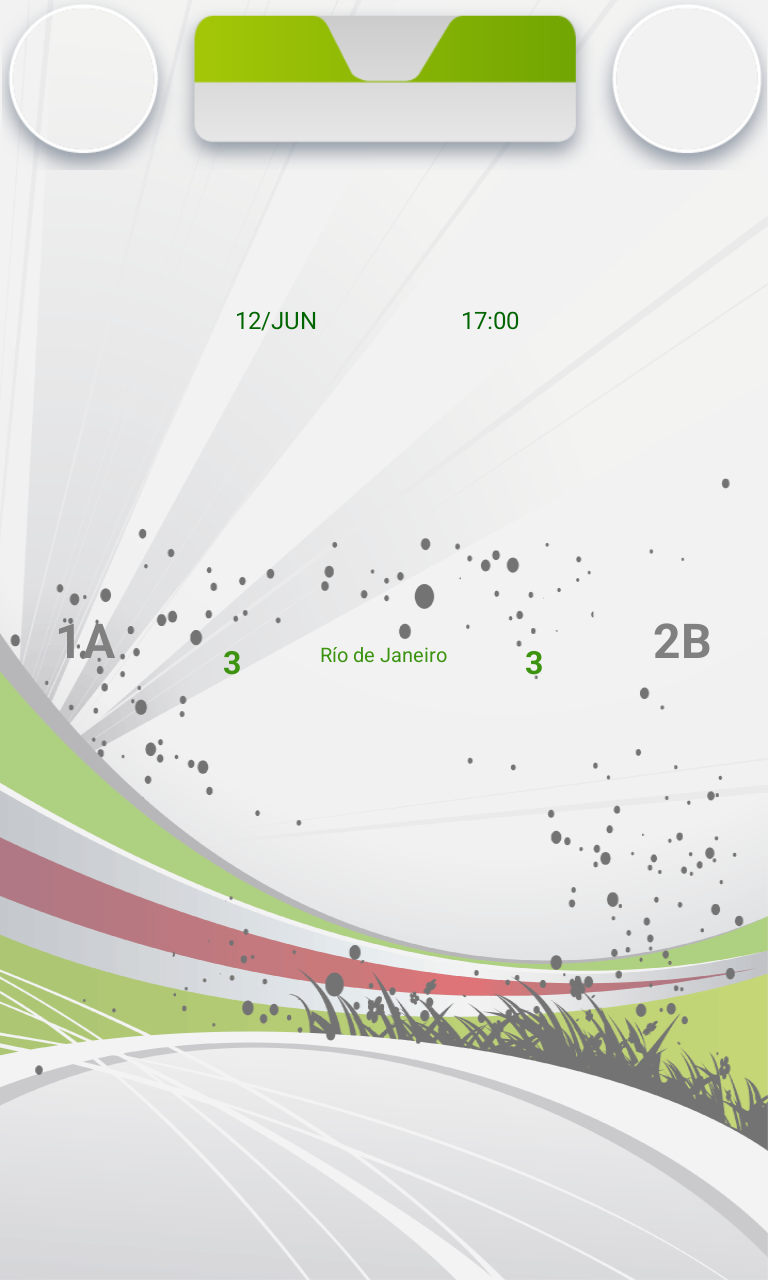
Repository: jtails/NotifMundial
Layout: Android/CODIGO_APILEVEL14/workspace/Golmania/res/layout/template_calendario_sinbanderas.xml
These files come from the project's save history. The layout is drawn as it stood at one moment and after the next save; the edit follows.
It is drawn on a 768 x 1280 px phone screen (xhdpi) without system bars, with theme AppTheme; the app's code is not run.

Above is the layout before, as saved 2014-04-23 02:47:58.

### Android/CODIGO_APILEVEL14/workspace/Golmania/res/layout/template_calendario_sinbanderas.xml
<RelativeLayout xmlns:android="http://schemas.android.com/apk/res/android"
    android:layout_width="wrap_content"
    android:layout_height="0dp"
    android:layout_gravity="center"
    android:layout_weight="2" >

    <ImageView
        android:id="@+id/calrowsbimg"
        android:layout_width="wrap_content"
        android:layout_height="wrap_content"
        android:adjustViewBounds="true"
        android:src="@drawable/cal_row" />

    <LinearLayout
        android:layout_width="wrap_content"
        android:layout_height="match_parent"
        android:layout_alignRight="@+id/calrowsbimg" >

        <TextView
            android:id="@+id/calendario_img_equipo_local"
            style="@style/LabelEliminatorias"
            android:layout_width="0dp"
            android:layout_height="match_parent"
            android:layout_weight="1"
            android:gravity="center"
            android:text="1A" />

        <RelativeLayout
            android:layout_width="0dp"
            android:layout_height="match_parent"
            android:layout_weight="2.5" >

            <LinearLayout
                android:layout_width="match_parent"
                android:layout_height="match_parent"
                android:layout_alignParentTop="true"
                android:layout_centerHorizontal="true"
                android:orientation="vertical" >

                <LinearLayout
                    android:layout_width="match_parent"
                    android:layout_height="0dp"
                    android:layout_weight="1" >

                    <TextView
                        android:id="@+id/calendario_fecha"
                        android:layout_width="0dp"
                        android:layout_height="match_parent"
                        android:layout_weight="1"
                        android:gravity="center"
                        android:text="12/JUN"
                        android:textColor="#006400"
                        android:textSize="12sp" />

                    <TextView
                        android:id="@+id/calendario_horario"
                        android:layout_width="0dp"
                        android:layout_height="match_parent"
                        android:layout_weight="1"
                        android:gravity="center"
                        android:text="17:00"
                        android:textColor="#006400"
                        android:textSize="12sp" />
                </LinearLayout>

                <LinearLayout
                    android:layout_width="match_parent"
                    android:layout_height="0dp"
                    android:layout_weight="1" >

                    <TextView
                        android:id="@+id/calendario_golesLocal"
                        android:layout_width="0dp"
                        android:layout_height="match_parent"
                        android:layout_weight="1"
                        android:gravity="right"
                        android:text="3"
                        android:textColor="#3C9310"
                        android:textSize="16sp"
                        android:textStyle="bold" />

                    <TextView
                        android:id="@+id/calendario_lugarPartido"
                        android:layout_width="0dp"
                        android:layout_height="match_parent"
                        android:layout_weight="4"
                        android:gravity="center_horizontal"
                        android:text="Río de Janeiro"
                        android:textColor="#3C9310"
                        android:textSize="10sp" />

                    <TextView
                        android:id="@+id/calendario_golesVisitante"
                        android:layout_width="0dp"
                        android:layout_height="match_parent"
                        android:layout_gravity="center"
                        android:layout_weight="1"
                        android:text="3"
                        android:textColor="#3C9310"
                        android:textSize="16sp"
                        android:textStyle="bold" />
                </LinearLayout>
            </LinearLayout>
        </RelativeLayout>

        <TextView
            android:id="@+id/calendario_img_equipo_visitante"
            style="@style/LabelEliminatorias"
            android:layout_width="0dp"
            android:layout_height="wrap_content"
            android:layout_weight="1"
            android:gravity="center"
            android:text="2B" />
    </LinearLayout>

</RelativeLayout>

### Android/CODIGO_APILEVEL14/workspace/Golmania/res/values/styles.xml
<resources xmlns:android="http://schemas.android.com/apk/res/android">

    <!--
        Base application theme, dependent on API level. This theme is replaced
        by AppBaseTheme from res/values-vXX/styles.xml on newer devices.



    -->
    <style name="AppBaseTheme" parent="android:Theme.Light">
        <!--
            Theme customizations available in newer API levels can go in
            res/values-vXX/styles.xml, while customizations related to
            backward-compatibility can go here.



        -->
    </style>

    <!-- Application theme. -->
    <style name="AppTheme" parent="AppBaseTheme">
        <!-- All customizations that are NOT specific to a particular API-level can go here. -->
        <item name="android:windowBackground">@drawable/fondo</item>
    </style>

    <!-- Tema del mundial -->
    <style name="AppBaseMundial">
        <item name="android:textColor">#458B00</item>
        <item name="android:textSize">12sp</item>
    </style>

    <!-- Cross App -->
    <style name="ImgPublicidad">
        <item name="android:layout_width">match_parent</item>
        <item name="android:layout_height">0dp</item>
        <item name="android:layout_weight">1</item>
    </style>
    <!-- Estilo para los grid layout de la pantalla de grupo -->
    <style name="FrameGrupo">
        <item name="android:layout_width">0dp</item>
        <item name="android:layout_height">wrap_content</item>
        <item name="android:layout_weight">1</item>

    </style>

    <style name="GridGrupos">
        <!-- item name="android:background">@drawable/shape_gradiente_blanco</item-->
        <item name="android:layout_gravity">center_horizontal|top</item>
        <item name="android:columnCount">2</item>
    </style>

    <style name="BotonGrupos">
        <item name="android:textColor">#FFFFFF</item>
        <item name="android:textSize">22sp</item>
        <item name="android:layout_gravity">fill_horizontal</item>
        <item name="android:background">@android:color/transparent</item>
    </style>

    <style name="LabelEquipos" parent="AppBaseMundial">
        <item name="android:paddingLeft">10sp</item>
        <item name="android:textSize">14sp</item>
        <item name="android:textStyle">bold</item>
    </style>

    <!-- Estilo para la pantalla de Estadisticos -->
    <!-- template puntos equipo linear layout IMG-EQUIPO-PUNTOS -->
    <style name="Subtitulo" parent="AppBaseMundial">
        <item name="android:textSize">22sp</item>
        <item name="android:textStyle">normal</item>
    </style>

    <style name="LabelEquipoEstadisticos" parent="LabelEquipos">
        <item name="android:background">@drawable/shape_gradiente_blanco</item>
        <item name="android:textSize">20sp</item>
    </style>

    <style name="LabelPuntosEstadisticos">
        <item name="android:textSize">22sp</item>
        <item name="android:textStyle">bold</item>
        <item name="android:textColor">#7EBB32</item>
    </style>
    <style name="LabelEliminatorias">
        <item name="android:textSize">24sp</item>
        <item name="android:textStyle">bold</item>
        <item name="android:textColor">#808080</item>
    </style>
    <!-- estilos para la tabla de estadisticas -->
    <!-- titulos rojos PJ G E P GF GC -->
    <style name="CabeceraTabla">
        <item name="android:padding">8sp</item>
        <item name="android:textSize">13sp</item>
        <item name="android:textStyle">bold</item>
        <item name="android:layout_width">wrap_content</item>
        <item name="android:layout_height">wrap_content</item>
        <item name="android:layout_gravity">fill</item>
    </style>
    <!-- los valores de la tabla -->
    <style name="LabelEstadisticos">
        <!--item name="android:paddingTop">8sp</item-->
        <item name="android:paddingBottom">12sp</item>
        <item name="android:paddingLeft">10sp</item>
        <item name="android:paddingRight">10sp</item>
        <item name="android:textSize">16sp</item>
        <item name="android:layout_width">wrap_content</item>
        <item name="android:layout_height">wrap_content</item>
        <item name="android:layout_gravity">fill</item>
        <item name="android:textColor">#FFFFFF</item>
    </style>

    <style name="Contraste" parent="LabelEstadisticos">
        <item name="android:background">#D8D8D8</item>
    </style>
    <!-- COLUMNA EQUIPO EN LA TABLA DE ESTADISTICOS -->
    <style name="LabelShortEquipos">
        <item name="android:textSize">20sp</item>
        <item name="android:textColor">#FFFFFF</item>
        <item name="android:textStyle">bold</item>
        <item name="android:paddingRight">20sp</item>
    </style>

    <!-- Estilo para el calendario de equipos -->
    <style name="HoraFecha" parent="AppBaseMundial">
        <item name="android:textSize">16sp</item>
        <item name="android:textStyle">bold</item>
    </style>

    <style name="LugarPartido" parent="AppBaseMundial">
        <item name="android:textStyle">bold</item>
        <item name="android:textSize">12sp</item>
    </style>

    <!-- Estilo para la pantalla de gol -->
    <style name="TextGol">
        <item name="android:layout_width">match_parent</item>
        <item name="android:layout_height">wrap_content</item>
        <item name="android:textSize">32sp</item>
        <!-- item name="android:textStyle">bold</item -->
        <item name="android:textColor">#186A16</item>
    </style>

    <style name="GolesEquipo">
        <item name="android:gravity">center</item>
        <item name="android:textSize">80sp</item>
        <item name="android:layout_gravity">fill|right</item>
    </style>

    <style name="GolNombreEquipo">
        <item name="android:textSize">19sp</item>
        <item name="android:gravity">center</item>
        <item name="android:layout_gravity">fill|right</item>
    </style>

</resources>

Loaded but not shown: Android/CODIGO_APILEVEL14/workspace/Golmania/res/values-v11/styles.xml (common file); Android/CODIGO_APILEVEL14/workspace/Golmania/res/values-v14/styles.xml (common file)

After the next save:
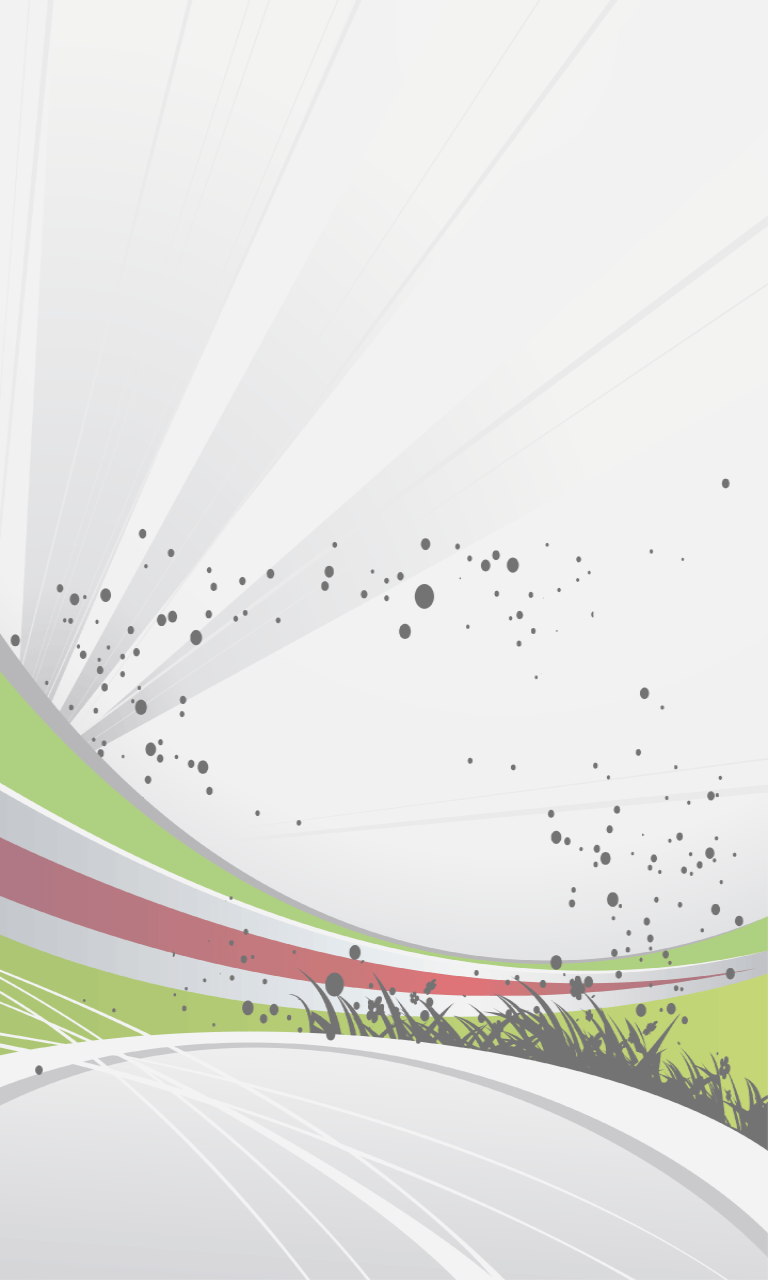
Saved 74 s later.
--- a/Android/CODIGO_APILEVEL14/workspace/Golmania/res/layout/template_calendario_sinbanderas.xml
+++ b/Android/CODIGO_APILEVEL14/workspace/Golmania/res/layout/template_calendario_sinbanderas.xml
@@ -8,8 +8,7 @@
         android:id="@+id/calrowsbimg"
         android:layout_width="wrap_content"
         android:layout_height="wrap_content"
-        android:adjustViewBounds="true"
-        android:src="@drawable/cal_row" />
+        android:adjustViewBounds="true"/>
 
     <LinearLayout
         android:layout_width="wrap_content"
